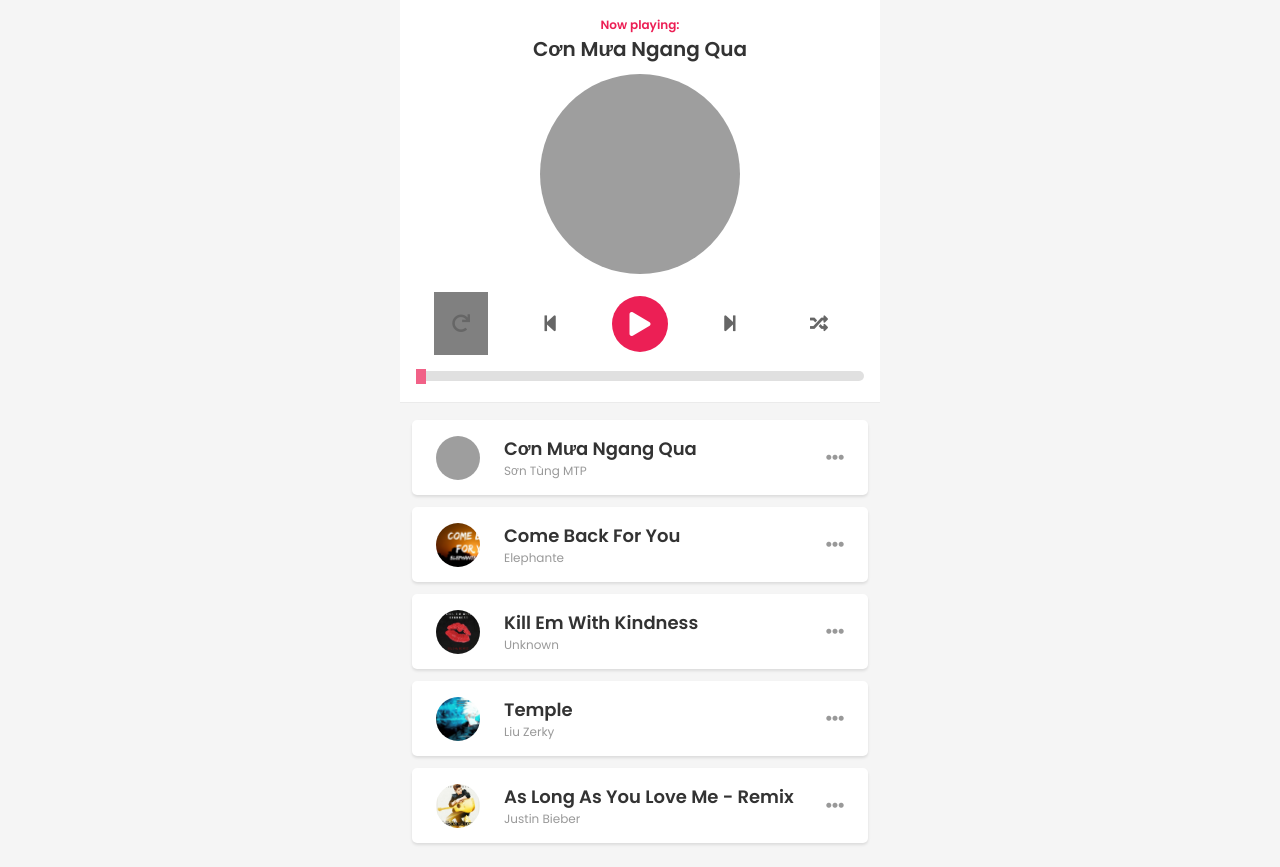
Repository: vandat598/musicPlayer
Page: index.html
The author's editor kept a copy of each file at every save. The page is drawn from the files as they stood at one save, then again after the next save.
The browser window is 1280 px wide. The pictures show the whole page.
The pointer rests on the first visible `.control .btn`.
Pictures or frames that could not be fetched are drawn as grey boxes.

Above is the page before, as saved 2022-04-27 20:24:44.

### index.html
<!DOCTYPE html>
<html lang="en">
  <head>
    <meta charset="UTF-8" />
    <meta name="viewport" content="width=device-width, initial-scale=1.0" />
    <title>Music player</title>
    <link
      rel="stylesheet"
      href="https://cdnjs.cloudflare.com/ajax/libs/font-awesome/5.15.2/css/all.min.css"
      integrity="sha512-HK5fgLBL+xu6dm/Ii3z4xhlSUyZgTT9tuc/hSrtw6uzJOvgRr2a9jyxxT1ely+B+xFAmJKVSTbpM/CuL7qxO8w=="
      crossorigin="anonymous"
    />
    <link rel="preconnect" href="https://fonts.gstatic.com" />
    <link
      href="https://fonts.googleapis.com/css2?family=Poppins:wght@300;400;600&display=swap"
      rel="stylesheet"
    />
    <link rel="stylesheet" href="./assets/css/style.css" />
  </head>
  <body>
    <div class="player">
      <!-- Dashboard -->
      <div class="dashboard">
        <!-- Header -->
        <header>
          <h4>Now playing:</h4>
          <h2>String 57th & 9th</h2>
        </header>

        <!-- CD -->
        <div class="cd">
          <div
            class="cd-thumb"
            style="
              background-image: url('https://i.ytimg.com/vi/jTLhQf5KJSc/maxresdefault.jpg');
            "
          ></div>
        </div>

        <!-- Control -->
        <div class="control">
          <div class="btn btn-repeat">
            <i class="fas fa-redo"></i>
          </div>
          <div class="btn btn-prev">
            <i class="fas fa-step-backward"></i>
          </div>
          <div class="btn btn-toggle-play">
            <i class="fas fa-pause icon-pause"></i>
            <i class="fas fa-play icon-play"></i>
          </div>
          <div class="btn btn-next">
            <i class="fas fa-step-forward"></i>
          </div>
          <div class="btn btn-random">
            <i class="fas fa-random"></i>
          </div>
        </div>

        <input
          id="progress"
          class="progress"
          type="range"
          value="0"
          step="1"
          min="0"
          max="100"
        />

        <audio id="audio" src=""></audio>
      </div>

      <!-- Playlist -->
      <div class="playlist">
        <div class="song">
          <div
            class="thumb"
            style="
              background-image: url('https://i.ytimg.com/vi/jTLhQf5KJSc/maxresdefault.jpg');
            "
          ></div>
          <div class="body">
            <h3 class="title">Music name</h3>
            <p class="author">Singer</p>
          </div>
          <div class="option">
            <i class="fas fa-ellipsis-h"></i>
          </div>
        </div>
        <div class="song">
          <div
            class="thumb"
            style="
              background-image: url('https://i.ytimg.com/vi/jTLhQf5KJSc/maxresdefault.jpg');
            "
          ></div>
          <div class="body">
            <h3 class="title">Music name</h3>
            <p class="author">Singer</p>
          </div>
          <div class="option">
            <i class="fas fa-ellipsis-h"></i>
          </div>
        </div>
        <div class="song">
          <div
            class="thumb"
            style="
              background-image: url('https://i.ytimg.com/vi/jTLhQf5KJSc/maxresdefault.jpg');
            "
          ></div>
          <div class="body">
            <h3 class="title">Music name</h3>
            <p class="author">Singer</p>
          </div>
          <div class="option">
            <i class="fas fa-ellipsis-h"></i>
          </div>
        </div>
      </div>
    </div>

    <script>
      /*
        done 1. Render songs
        done 2. Scroll top
        3. Play / pause / seek
        4. CD rotate
        5. Next / prev
        6. Random
        7. Next / repeat when ended
        8. Active song
        9. Scroll active song into view
        10. play song when click
      */

      const $ = document.querySelector.bind(document);
      const $$ = document.querySelectorAll.bind(document);

      const player = $('.player');
      const cd = $('.cd');
      const heading = $('header h2');
      const cdThumb = $('.cd-thumb');
      const audio = $('#audio');
      const playBtn = $('.btn-toggle-play');
      const progress = $('#progress');
      const nextBtn = $('.btn-next');
      const prevBtn = $('.btn-prev');

      const app = {
        currentIndex: 0,
        isPlaying: false,
        songs: [
          {
            name: 'Cơn Mưa Ngang Qua',
            singer: 'Sơn Tùng MTP',
            path: './assets/music/ConMuaNgangQua SonTungMTP 2782444.mp3',
            image: './assets/img/MTP.png',
          },
          {
            name: 'Come Back For You',
            singer: 'Elephante',
            path: './assets/music/Elephante  Come Back For You feat Matluck.mp3',
            image: './assets/img/comBackForYou.png',
          },
          {
            name: 'Kill Em With Kindness',
            singer: 'Unknown',
            path: './assets/music/Kill Em With Kindness  Remix   Nhạc Tik Tok Gây Nghiện.mp3',
            image: './assets/img/KillEmWithKindness.png',
          },
          {
            name: 'Temple',
            singer: 'Liu Zerky',
            path: './assets/music/Temple  Liu  Zerky  Nhạc Nền Cực Hot TikTok Trung Quốc Gây Nghiện  Douyin抖音.mp3',
            image: './assets/img/Temple.png',
          },
          {
            name: 'As Long As You Love Me - Remix',
            singer: 'Justin Bieber',
            path: './assets/music/As Long As You Love Me  Justin Bieber.mp3',
            image:
              './assets/img/As_Long_As_You_Love_Me_(feat._Big_Sean)_-_Single.jpg',
          },
        ],
        render() {
          const htmls = this.songs.map(song => {
            return `
              <div class="song">
                <div class="thumb" style="background-image: url('${song.image}')">
                </div>
                <div class="body">
                  <h3 class="title">${song.name}</h3>
                  <p class="author">${song.singer}</p>
                </div>
                <div class="option">
                  <i class="fa fa-ellipsis-h"></i>
                </div>
              </div>
            `;
          });
          $('.playlist').innerHTML = htmls.join('');
        },
        defineProperties() {
          // Search google xem sytax defineProperty
          Object.defineProperty(this, 'currentSong', {
            get() {
              return this.songs[this.currentIndex];
            },
          });
        },
        handleEvent() {
          const _this = this;
          const cdWidth = cd.offsetWidth;

          // xử lý CD quay / dừng
          const cdThumbAnimate = cdThumb.animate(
            [{ transform: 'rotate(360deg)' }],
            {
              duration: 10000,
              iterations: Infinity,
            }
          );
          cdThumbAnimate.pause();

          // handle scroll
          document.onscroll = function () {
            const scrollTop =
              window.scrollY || document.documentElement.scrollTop;

            const newCdWidth = cdWidth - scrollTop;

            cd.style.width = newCdWidth > 0 ? newCdWidth + 'px' : 0;
            cd.style.opacity = newCdWidth / cdWidth;
          };

          // handle click play button

          playBtn.onclick = function () {
            if (_this.isPlaying) {
              audio.pause();
            } else {
              audio.play();
            }
          };

          // Khi song được play
          audio.onplay = function () {
            _this.isPlaying = true;
            player.classList.add('playing');
            cdThumbAnimate.play();
          };

          // Khi song pause
          audio.onpause = function () {
            _this.isPlaying = false;
            player.classList.remove('playing');
            cdThumbAnimate.pause();
          };

          // Khi tiến độ bài hát thay đổi
          audio.ontimeupdate = function () {
            if (audio.duration) {
              const progressPercent = Math.floor(
                (audio.currentTime / audio.duration) * 100
              );
              progress.value = progressPercent;
            }
          };

          // Xử lý khi tua bài hát
          progress.oninput = function (e) {
            const seekTime = (audio.duration / 100) * e.target.value;
            audio.currentTime = seekTime;
          };

          // Next song
          nextBtn.onclick = function () {
            _this.nextSong();
            audio.play();
          };
          // Prev song
          prevBtn.onclick = function () {
            _this.prevSong();
            audio.play();
          };
        },
        loadCurrentSong() {
          heading.textContent = this.currentSong.name;
          cdThumb.style.backgroundImage = `url('${this.currentSong.image}')`;
          audio.src = this.currentSong.path;
        },
        nextSong() {
          this.currentIndex++;
          if (this.currentIndex >= this.songs.length) {
            this.currentIndex = 0;
          }
          this.loadCurrentSong();
        },
        prevSong() {
          this.currentIndex--;
          if (this.currentIndex < 0) {
            this.currentIndex = this.songs.length - 1;
          }
          this.loadCurrentSong();
        },
        start() {
          this.defineProperties();
          this.handleEvent();
          this.loadCurrentSong();

          this.render();
        },
      };

      app.start();
    </script>
  </body>
</html>

### assets/css/style.css
:root {
  --primary-color: #ec1f55;
  --text-color: #333;
}

* {
  padding: 0;
  margin: 0;
  box-sizing: inherit;
}

body {
  background-color: #f5f5f5;
}

html {
  box-sizing: border-box;
  font-family: 'Poppins', sans-serif;
}

.player {
  position: relative;
  max-width: 480px;
  margin: 0 auto;
}

.player .icon-pause {
  display: none;
}

.player.playing .icon-pause {
  display: inline-block;
}

.player.playing .icon-play {
  display: none;
}

.dashboard {
  padding: 16px 16px 14px;
  background-color: #fff;
  position: fixed;
  top: 0;
  width: 100%;
  max-width: 480px;
  border-bottom: 1px solid #ebebeb;
}

/* HEADER */
header {
  text-align: center;
  margin-bottom: 10px;
}

header h4 {
  color: var(--primary-color);
  font-size: 12px;
}

header h2 {
  color: var(--text-color);
  font-size: 20px;
}

/* CD */
.cd {
  display: flex;
  margin: auto;
  width: 200px;
}

.cd-thumb {
  width: 100%;
  padding-top: 100%;
  border-radius: 50%;
  background-color: #333;
  background-size: cover;
  margin: auto;
}

/* CONTROL */
.control {
  display: flex;
  align-items: center;
  justify-content: space-around;
  padding: 18px 0 8px 0;
}

.control .btn {
  color: #666;
  padding: 18px;
  font-size: 18px;
  cursor: pointer;
}
.control .btn:hover {
  background-color: gray;
}

.control .btn.active {
  color: var(--primary-color);
}

.control .btn-toggle-play {
  width: 56px;
  height: 56px;
  border-radius: 50%;
  font-size: 24px;
  color: #fff;
  display: flex;
  align-items: center;
  justify-content: center;
  background-color: var(--primary-color);
}

.progress {
  width: 100%;
  -webkit-appearance: none;
  height: 10px;
  background: #d3d3d3;
  outline: none;
  opacity: 0.7;
  -webkit-transition: 0.2s;
  transition: opacity 0.2s;
  border-radius: 30px;
}

.progress::-webkit-slider-thumb {
  -webkit-appearance: none;
  appearance: none;
  width: 10px;
  height: 15px;
  background-color: var(--primary-color);
  cursor: pointer;
}

/* PLAYLIST */
.playlist {
  margin-top: 408px;
  padding: 12px;
}

.song {
  display: flex;
  align-items: center;
  margin-bottom: 12px;
  background-color: #fff;
  padding: 8px 16px;
  border-radius: 5px;
  box-shadow: 0 2px 3px rgba(0, 0, 0, 0.1);
  cursor: pointer;
}

.song.active {
  background-color: var(--primary-color);
}

.song:active {
  opacity: 0.8;
}

.song.active .option,
.song.active .author,
.song.active .title {
  color: #fff;
}

.song .thumb {
  width: 44px;
  height: 44px;
  border-radius: 50%;
  background-size: cover;
  margin: 0 8px;
}

.song .body {
  flex: 1;
  padding: 0 16px;
}

.song .title {
  font-size: 18px;
  color: var(--text-color);
}

.song .author {
  font-size: 12px;
  color: #999;
}

.song .option {
  padding: 16px 8px;
  color: #999;
  font-size: 18px;
}

After the next save:
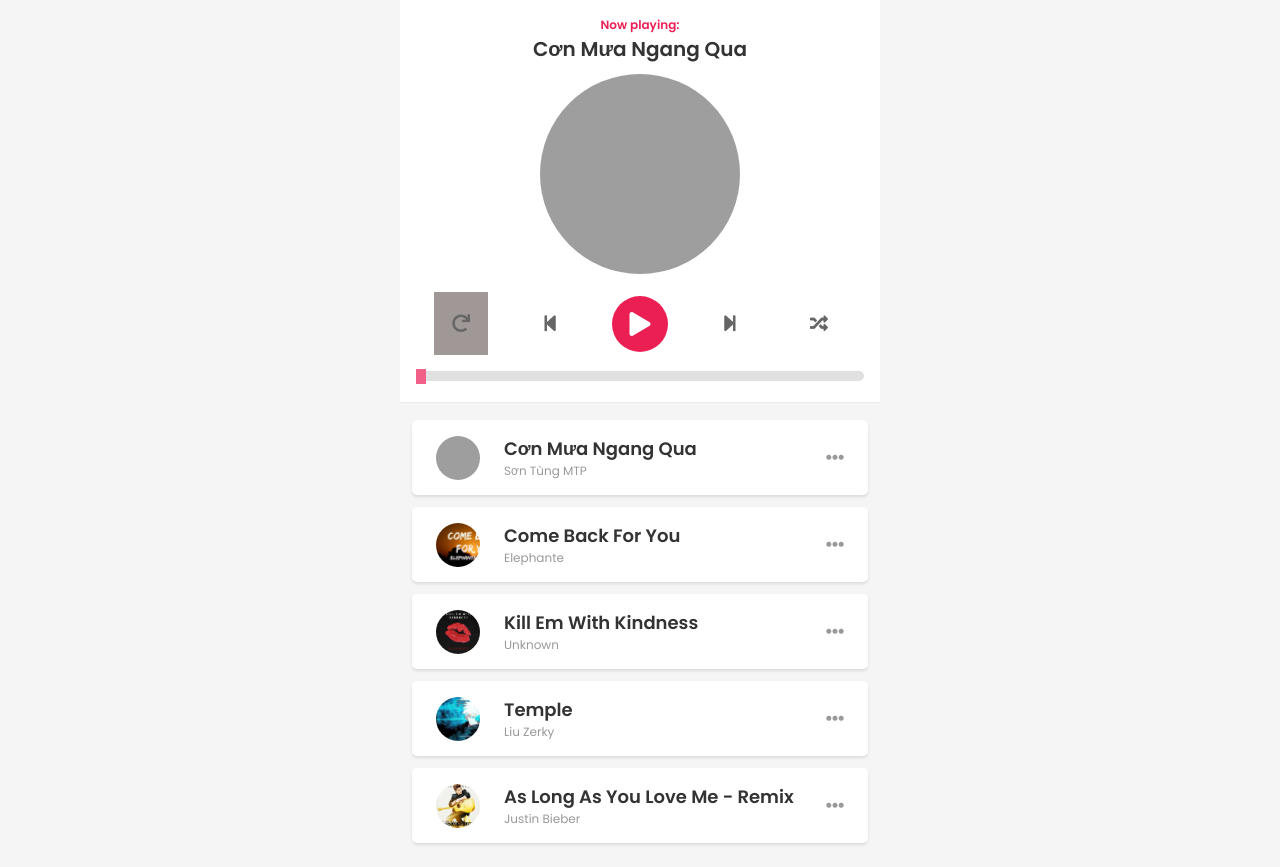
Saved 8 s later.
--- a/assets/css/style.css
+++ b/assets/css/style.css
@@ -93,7 +93,7 @@
   cursor: pointer;
 }
 .control .btn:hover {
-  background-color: gray;
+  background-color: rgb(160, 151, 151);
 }
 
 .control .btn.active {

After the save that followed:
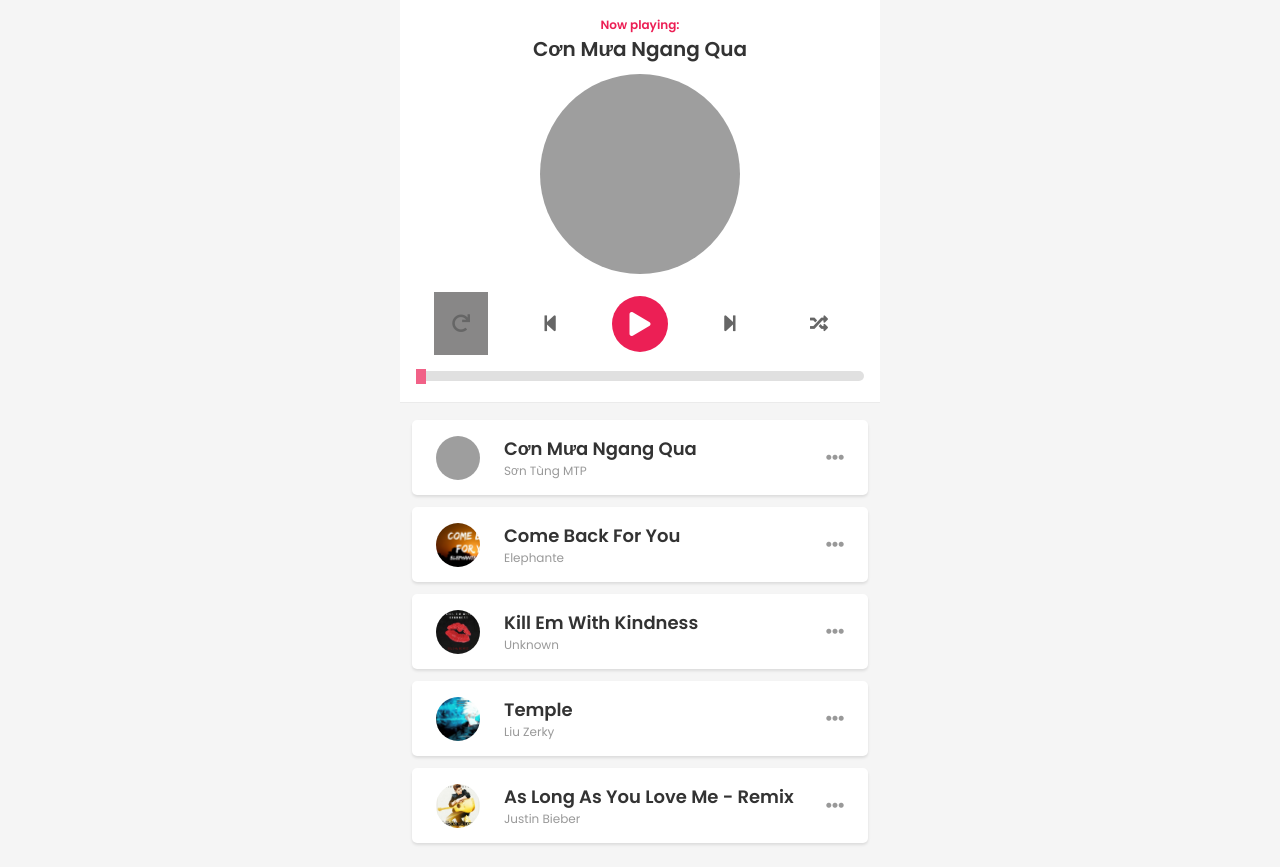
Saved 8 s later.
--- a/assets/css/style.css
+++ b/assets/css/style.css
@@ -93,7 +93,7 @@
   cursor: pointer;
 }
 .control .btn:hover {
-  background-color: rgb(160, 151, 151);
+  background-color: rgb(136, 135, 135);
 }
 
 .control .btn.active {
